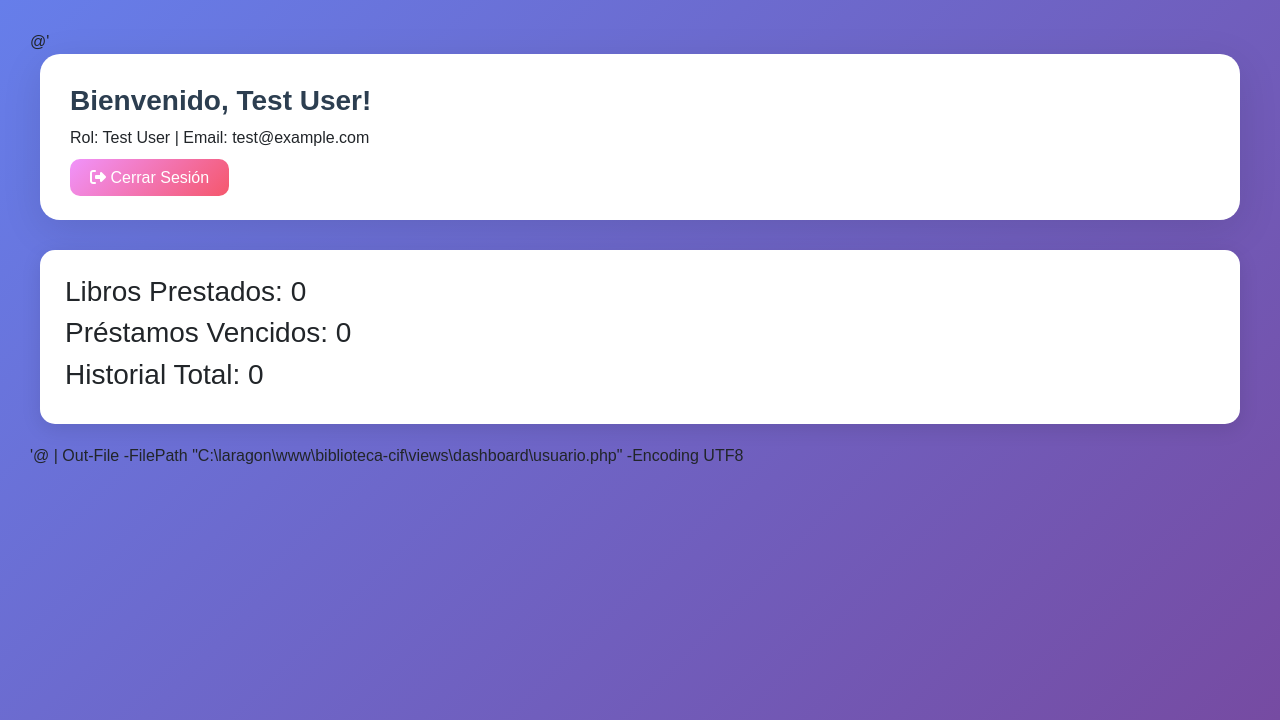
Repository: rafarmk/biblioteca-cif
Page: http://localhost/biblioteca-cif/views/dashboard/usuario.php
An editor plug-in stored every save of this project. The page is shown before and after the next save, followed by the edit.
The browser window is 1280 px wide. The pictures show the whole page.
The page is run by PHP 8.4 with error messages shown; the project is at /var/www/html/. The session is filled in as if someone had signed in: {"usuario_id": 1, "nombre": "Test User", "apellidos": 1, "email": "test@example.com", "rol_id": 1, "rol_nombre": "Test User", "foto_perfil": "admin", "last_activity": 1759523173, "login_time": 1759523173}.

Above is the page before, as saved 2025-10-09 14:02:46.

After the next save:
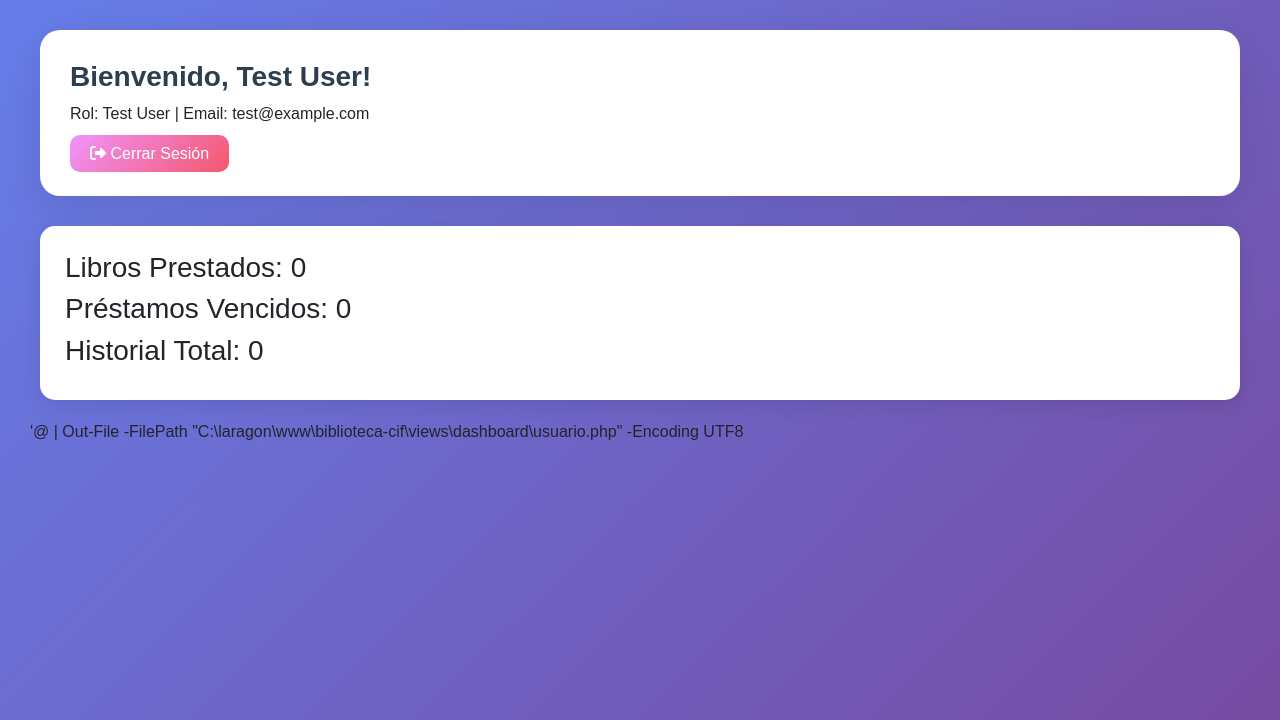
Saved 2 min 45 s later.
--- a/views/dashboard/usuario.php
+++ b/views/dashboard/usuario.php
@@ -1,4 +1,4 @@
-@'
+
 <?php
 require_once __DIR__ . '/../../config/config.php';
 
